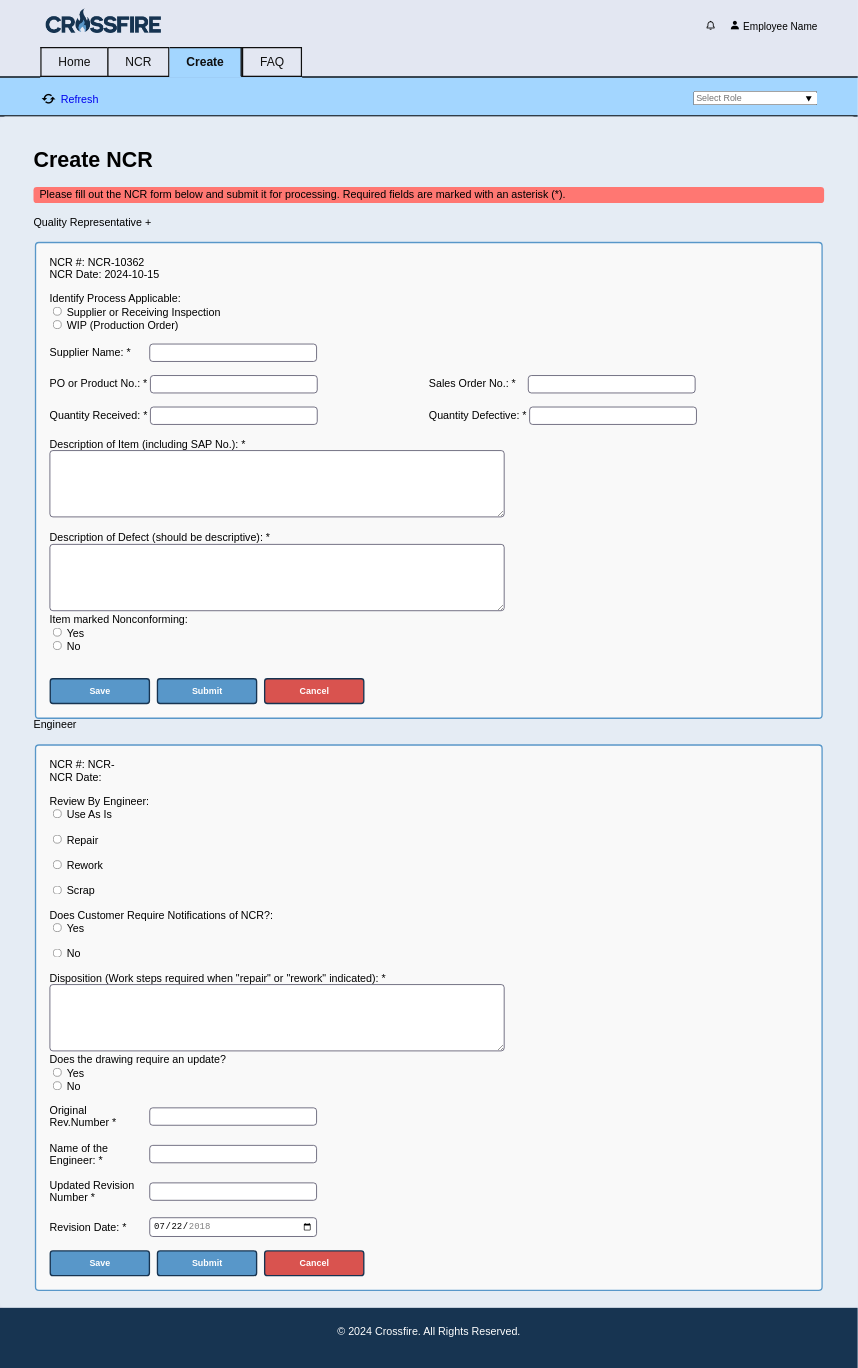
Repository: NyleNC/OSSProg1180
Page: OSS-CrossFire/create - Copy.html
These files come from the project's save history. The page is drawn as it stood at one moment and after the next save; the edit follows.
The browser window is 1280 px wide. The pictures show the whole page, at 67% of full size.

Above is the page before, as saved 2024-11-18 10:01:01.
Console error: TypeError: Cannot read properties of null (reading 'addEventListener')

### OSS-CrossFire/create - Copy.html
<!DOCTYPE html>
<html lang="en">
<head>
    <meta charset="UTF-8">
    <meta name="viewport" content="width=device-width, initial-scale=1.0">
    <title>CrossFireNCR</title>
    <!-- Google Fonts -->
    <link rel="preconnect" href="https://fonts.googleapis.com">
    <link rel="preconnect" href="https://fonts.gstatic.com" crossorigin>
    <link href="https://fonts.googleapis.com/css2?family=Merriweather+Sans:wght@300;400;500&display=swap" rel="stylesheet">

    <link href='https://unpkg.com/boxicons@2.1.4/css/boxicons.min.css' rel='stylesheet'>
    <link rel="stylesheet" href="style.css">
    <script src="script-create.js"></script>
</head>
<body>
    <header>
        <div class="global-header">
            <div class="logo">
                <img src="img/Crossfire-Logo-no-bkgd.png" alt="CrossFire Logo">
            </div>
            <div class="global-selection">

                <div class="notifications">
                    <a href="#" aria-label="Notifications"><i class='bx bx-bell'></i></a>
                </div>
                <div class="employee-info">
                    <i class='bx bxs-user' aria-hidden="true"></i>
                    <p>Employee Name</p>
                </div>

            </div>
        </div>

        <nav>
            <div class="navbar-pages">
                <ul>
                    <li ><a href="index copy.html">Home</a></li>
                    <li><a href="ncr.html">NCR</a></li>
                    <li class="active"><a href="create.html">Create</a></li>
                    <li><a href="faq.html">FAQ</a></li>
                </ul>
            </div>
            <div class="navbar-tools">
                <ul>
                    <li><i class='bx bx-refresh bx-sm' aria-hidden="true"></i><a href="ncr.html">Refresh</a></li>
                   <li class="ddlRole">
                    <input placeholder="Select Role" list="roles" name="role" id="roleInput" onchange="saveRole()">
                        <datalist id="roles">
                            <option value="Quality Rep">
                            <option value="Engineer">
                            <option value="Operations Manager">
                            <option value="Inspector">
                            <option value="Procurement">
                            <option value="Administrator">
                        </datalist>
                    </li>
                </ul>
            </div>
        </nav>
    </header>

    <main class="create-main">
        <h1>Create NCR</h1>
        <p class="edit-p">&nbsp; Please fill out the NCR form below and submit it for processing. Required fields are marked with an asterisk (*).</p>

        <div class="ncrSection">
            <div class="ncrSection-title">
                Quality Representative
                <span>+</span>
            </div>
            <form class="ncrSection-form" id="ncr-form" onsubmit="return validateForm()">
                <fieldset>

                    <div class="form-ncrNum">
                        <label for="ncrNumber">NCR #:</label>
                        <span id="ncrNumber">NCR-</span>
                    </div>
                    <div class="form-ncrDate">
                        <label for="ncrDate">NCR Date:</label>
                        <span id="ncrDate"></span>
                    </div><br>

                    <div class="lblIdf">
                        <label>Identify Process Applicable:</label>
                    </div>
                    <div class="form-ipa1">
                        <input type="radio" id="supp" name="process" value="suppotRec" onclick="enableDisableTextbox(this)">
                        <label for="supp">Supplier or Receiving Inspection</label><br>
                    </div>
                    <div class="form-ipa2">
                        <input type="radio" id="wip" name="process" value="supplier" onclick="enableDisableTextbox(this)">
                        <label for="wip">WIP (Production Order)</label>
                    </div><br>

                    <div class="form-group">
                        <label for="supplierName">Supplier Name: *</label>&nbsp;&nbsp;
                        <input type="text" id="supplierName" class="size-css" required pattern="[a-zA-Z ]{2,30}" title="Please enter a valid name (letters only).">
                    </div>

                    <div class="form-group">
                        <div class="left-side">
                            <label for="ProductNo">PO or Product No.: *</label>
                            <input type="text" id="ProductNo" required pattern="\d{5}" title="Please enter exactly 5 digits.">
                        </div>
                        <div class="left-side">
                            <label for="SaleOrderNo">Sales Order No.: *</label>&nbsp;&nbsp;&nbsp;
                            <input type="text" id="SaleOrderNo" required pattern="\d{5}" title="Please enter exactly 5 digits.">
                        </div>
                    </div>

                    <div class="form-group">
                        <div class="right-side">
                            <label for="quantityReceived">Quantity Received: *</label>
                            <input type="number" id="quantityReceived" required min="1" title="Please enter a valid quantity.">
                        </div>
                        <div class="right-side">
                            <label for="quantityDefective">Quantity Defective: *</label>
                            <input type="number" id="quantityDefective" required min="0" title="Please enter a valid quantity.">
                        </div>
                    </div>

                    <div class="form-ta-itemDes">
                        <label for="itemDescription">Description of Item (including SAP No.): *</label><br>
                        <textarea id="itemDescription" maxlength="3000" required></textarea>
                    </div><br>

                    <div class="form-ta-defDes">
                        <label for="defectDescription">Description of Defect (should be descriptive): *</label><br>
                        <textarea id="defectDescription" required></textarea>
                    </div>

                    <div class="lblImn">
                        <label>Item marked Nonconforming:</label>
                    </div>
                    <div class="form-Yes">
                        <input id="imnYes" name="nonconforming" type="radio" value="yes">
                        <label for="imnYes">Yes</label>
                    </div>
                    <div class="form-No">
                        <input id="imnNo" name="nonconforming" type="radio" value="no">
                        <label for="imnNo">No</label>
                    </div><br>

                    <div class="btnContainer">
                        <button type="save" class="btnSave">Save</button>
                        <button type="submit" class="btnSubmit">Submit</button>
                        <button type="button" class="btnCancel" onclick="goBack()">Cancel</button>
                    </div>
                </fieldset>
            </form>
        </div>

        <div class="ncrSection">
            <div class="ncrSection-title">Engineer</div>
            <form class="ncrSection-form" id="ncr-form" onsubmit="return validateForm()">
                <fieldset>

                    <div class="form-ncrNum">
                        <label for="ncrNumber">NCR #:</label>
                        <span id="ncrNumber">NCR-</span>
                    </div>
                    <div class="form-ncrDate">
                        <label for="ncrDate">NCR Date:</label>
                        <span id="ncrDate"></span>
                    </div><br>

                    <div class="lblIdf">
                        <label>Review By Engineer:</label>
                    </div>
                    <div class="form-ipa1">
                        <input type="radio" id="asIS" name="decsicion" value="asIS" >
                        <label>Use As Is</label>
                    </div><br>
                    <div class="form-ipa2">
                        <input type="radio" id="repair" name="decsicion" value="repair" >
                        <label>Repair</label>
                    </div><br>
                    <div class="form-ipa2">
                        <input type="radio" id="reWork" name="decsicion" value="reWork" >
                        <label>Rework</label>
                    </div><br>
                    <div class="form-ipa2">
                        <input type="radio" id="scrap" name="decsicion" value="scrap" >
                        <label>Scrap</label>
                    </div><br>

                    <div class="lblIdf">
                        <label>Does Customer Require Notifications of NCR?:</label>
                    </div>
                    <div class="form-ipa2">
                        <input type="radio" id="cusYes" name="cus" value="cusYes" >
                        <label>Yes</label>
                    </div><br>
                    <div class="form-ipa2">
                        <input type="radio" id="cusNO" name="cus" value="cusNO" >
                        <label >No</label>
                    </div><br>



                    <div class="form-ta-defDes">
                        <label for="disposition">Disposition (Work steps required when "repair" or "rework" indicated): *</label><br>
                        <textarea id="disposition" required></textarea>
                    </div>

                    <div class="lblImn">
                        <label>Does the drawing require an update?</label>
                    </div>
                    <div class="form-Yes">
                        <input id="imnYes" name="nonconforming" type="radio" value="yes">
                        <label for="imnYes">Yes</label>
                    </div>
                    <div class="form-No">
                        <input id="imnNo" name="nonconforming" type="radio" value="no">
                        <label for="imnNo">No</label>
                    </div><br>

                    <div class="form-group">
                        <label for="OgRev">Original Rev.Number *</label>&nbsp;&nbsp;
                        <input type="text" id="OgRev" class="size-css" required pattern="[a-zA-Z ]{2,30}" title="Please enter exactly 5 digits.">
                    </div>

                    <div class="form-group">
                        <label for="OgEng">Name of the Engineer: *</label>&nbsp;&nbsp;
                        <input type="text" id="OgEng" class="size-css" title="Please enter the name of the Original Engineer">
                    </div>

                    <div class="form-group">
                        <label for="newRev">Updated Revision Number *</label>&nbsp;&nbsp;
                        <input type="text" id="newRev" class="size-css" required pattern="[a-zA-Z ]{2,30}" title="Please enter exactly 5 digits">
                    </div>

                    <div class="form-group">
                        <label for="newRev">Revision Date: *</label>&nbsp;&nbsp;
                        <input type="date" id="start" name="trip-start" value="2018-07-22" min="2018-01-01" max="2018-12-31" />
                    </div>


                    <div class="btnContainer">
                        <button type="save" class="btnSave">Save</button>
                        <button type="submit" class="btnSubmit">Submit</button>
                        <button type="button" class="btnCancel" onclick="goBack()">Cancel</button>
                    </div>
                </fieldset>
            </form>
        </div>

    </main>

    <div id="successPopup" class="popup" style="display:none;">
        <div class="popup-content">
            <p>NCR created successfully!</p>
            <p>What would you like to do next?</p>
            <button onclick="createAnotherNCR()">Create Another NCR</button>
            <button onclick="viewAllNCRs()">View All NCRs</button>
            <button onclick="closePopup()">Close</button>
        </div>
    </div>

    <footer class="ncr-footer">
        <p>&copy; 2024 Crossfire. All Rights Reserved.</p>
    </footer>

    <script src="script-view.js"></script>
</body>
</html>

Loaded but not shown: OSS-CrossFire/script-view.js (123 lines, source omitted); OSS-CrossFire/script-create.js (14 lines, source omitted); OSS-CrossFire/style.css (850 lines, source omitted)

After the next save:
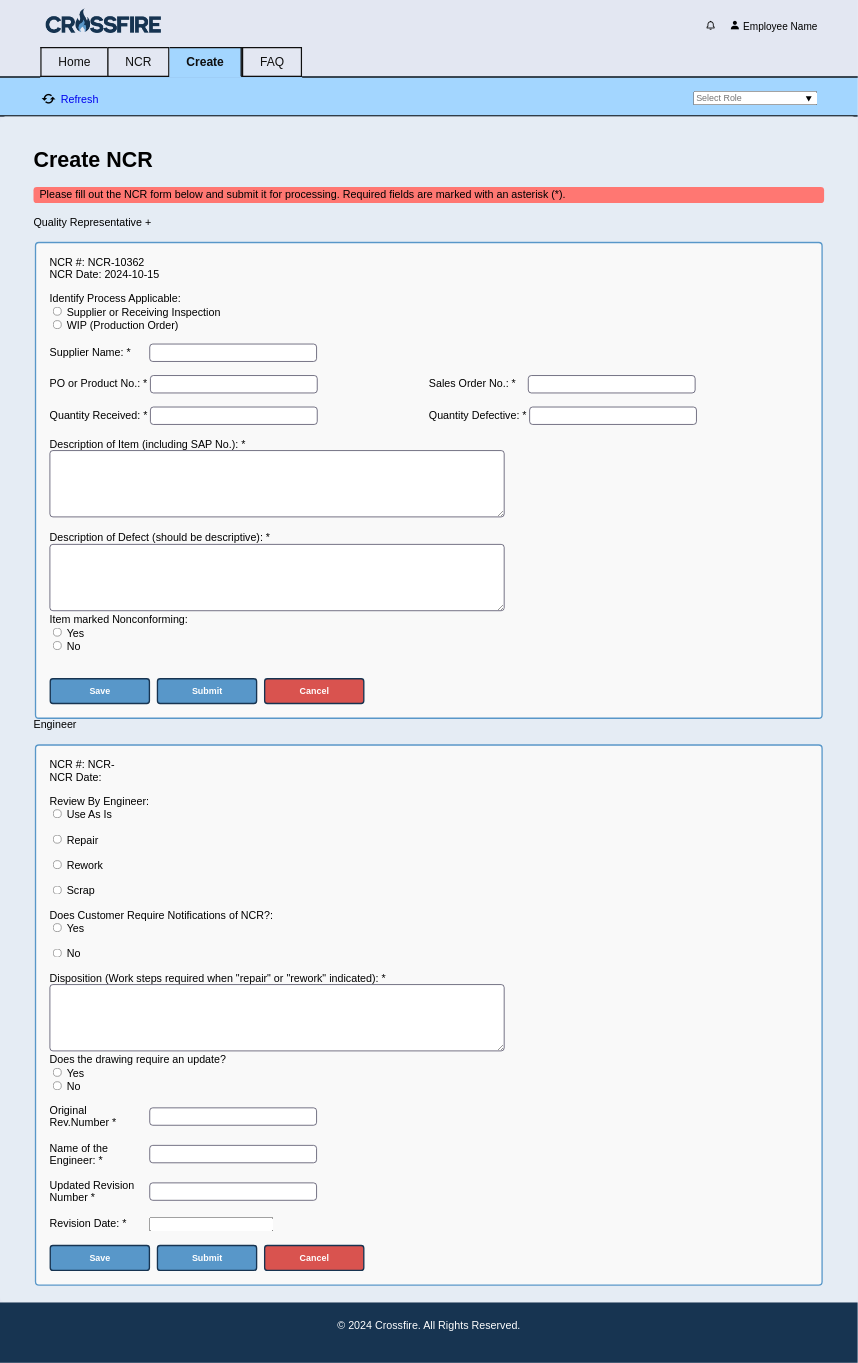
Saved 15 s later.
--- a/OSS-CrossFire/create - Copy.html
+++ b/OSS-CrossFire/create - Copy.html
@@ -233,7 +233,7 @@
 
                     <div class="form-group">
                         <label for="newRev">Revision Date: *</label>&nbsp;&nbsp;
-                        <input type="date" id="start" name="trip-start" value="2018-07-22" min="2018-01-01" max="2018-12-31" />
+                        <input type="reVDate"/>
                     </div>
 
 

After the save that followed:
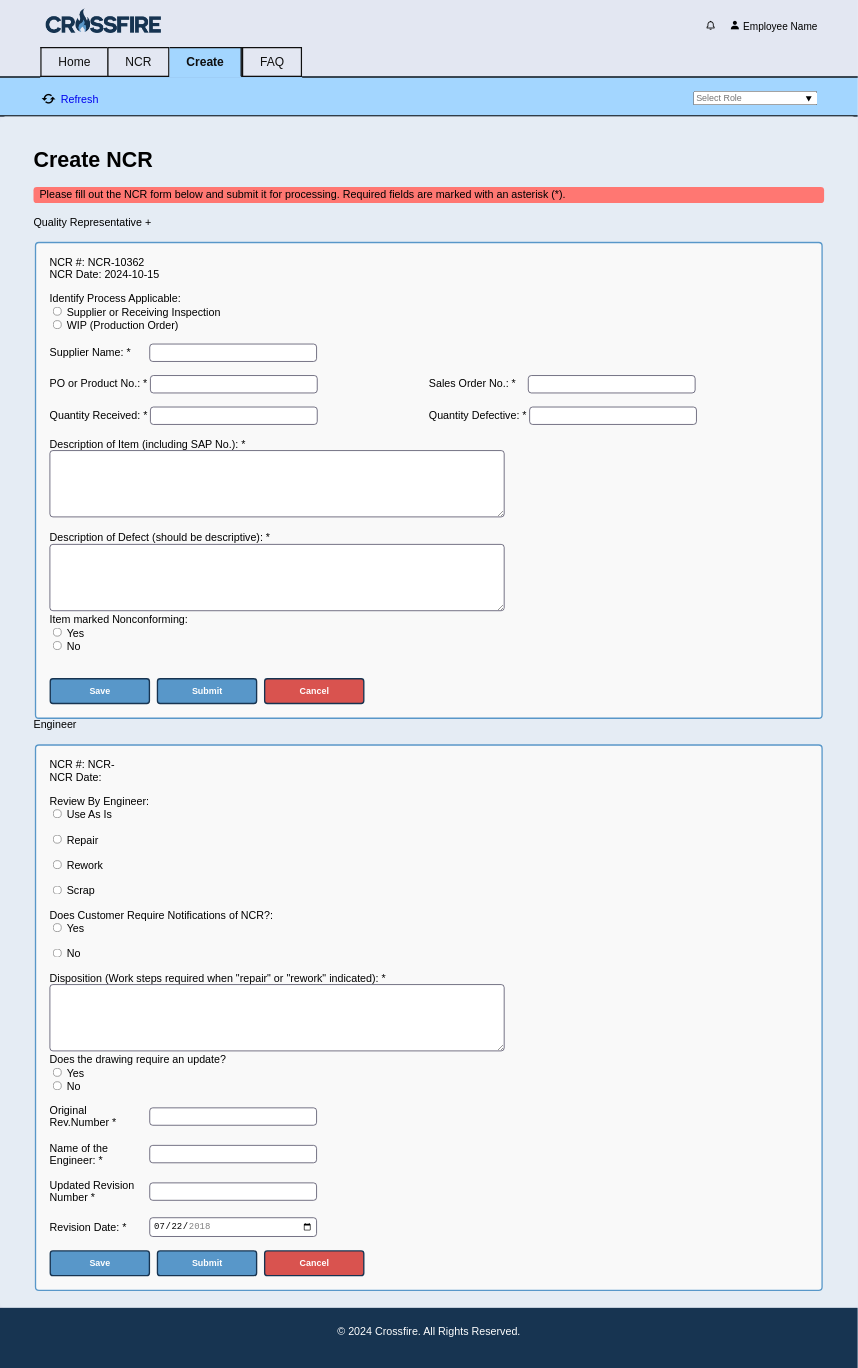
Saved 39 s later.
--- a/OSS-CrossFire/create - Copy.html
+++ b/OSS-CrossFire/create - Copy.html
@@ -233,7 +233,7 @@
 
                     <div class="form-group">
                         <label for="newRev">Revision Date: *</label>&nbsp;&nbsp;
-                        <input type="reVDate"/>
+                        <input type="date" id="start" name="trip-start" value="2018-07-22" min="2018-01-01" max="2018-12-31" />
                     </div>
 
 
